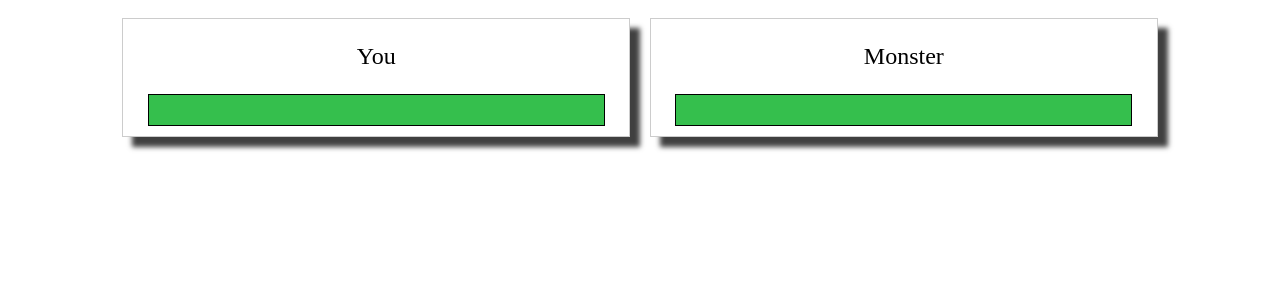
Repository: jakublack/game-fight-vue
Page: /
The author's editor kept a copy of each file at every save. The page is drawn from the files as they stood at one save, then again after the next save.
The browser window is 1280 px wide. The pictures show the whole page.
The project was rebuilt for these pictures with package versions that can differ from the ones it lists, and the page was loaded fresh each time.

Above is the page before, as saved 2018-08-08 20:46:49.

### public/index.html
<!DOCTYPE html>
<html lang="en">
  <head>
    <meta charset="utf-8">
    <meta http-equiv="X-UA-Compatible" content="IE=edge">
    <meta name="viewport" content="width=device-width,initial-scale=1.0">
    <link rel="icon" href="<%= BASE_URL %>favicon.ico">
    <title>game-app</title>
  </head>
  <body>
    <noscript>
      <strong>We're sorry but game-app doesn't work properly without JavaScript enabled. Please enable it to continue.</strong>
    </noscript>
    <div id="app"></div>
    <!-- built files will be auto injected -->
  </body>
</html>

### src/components/Game.vue
<template>
  <div class="wrapper--app">
    <div class="wrapper--person">
      <div class="person--player">
        <p>You</p>
        <div class="person--health player--health"></div>
      </div>
      <div class="person--player">
        <p>Monster</p>
        <div class="person--health monster--health"></div>
      </div>
    </div>


  </div>

</template>

<script>
export default {
  name: 'Game',

}
</script>

<!-- Add "scoped" attribute to limit CSS to this component only -->
<style scss scoped>

.wrapper--person {
  text-align: center;
}

.person--player {
  width: 40%;
  display: inline-block;
  margin: 10px;
  text-align: center;
  border: 1px solid #ccc;
  box-shadow: 10px 10px 5px 0px rgba(0,0,0,0.75);
}

.person--player p {
  font-size: 24px;
}

.person--health {
  width: 90%;
  height: 30px;
  margin: 10px auto;
  background-color: #35BF4D;
  border: 1px solid #000;

}



</style>

Loaded but not shown: src/main.js (common file); src/App.vue (common file)

After the next save:
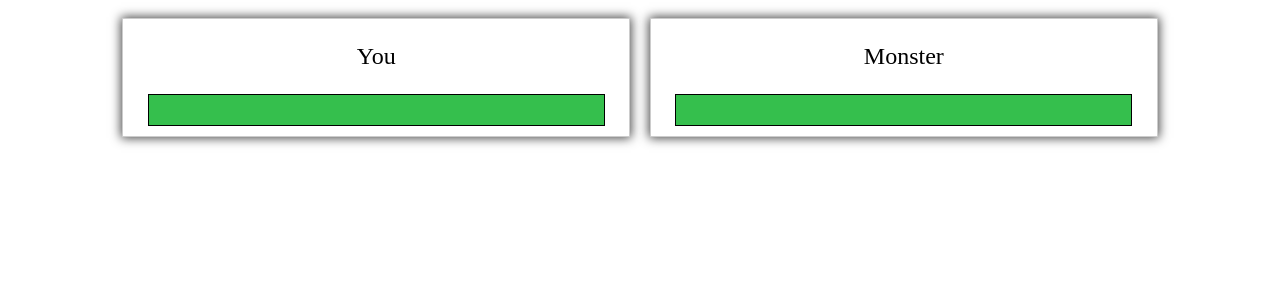
Saved 32 s later.
--- a/src/components/Game.vue
+++ b/src/components/Game.vue
@@ -36,7 +36,7 @@ export default {
   margin: 10px;
   text-align: center;
   border: 1px solid #ccc;
-  box-shadow: 10px 10px 5px 0px rgba(0,0,0,0.75);
+  box-shadow: 0px 0px 10px 1px rgba(0,0,0,0.75);
 }
 
 .person--player p {
